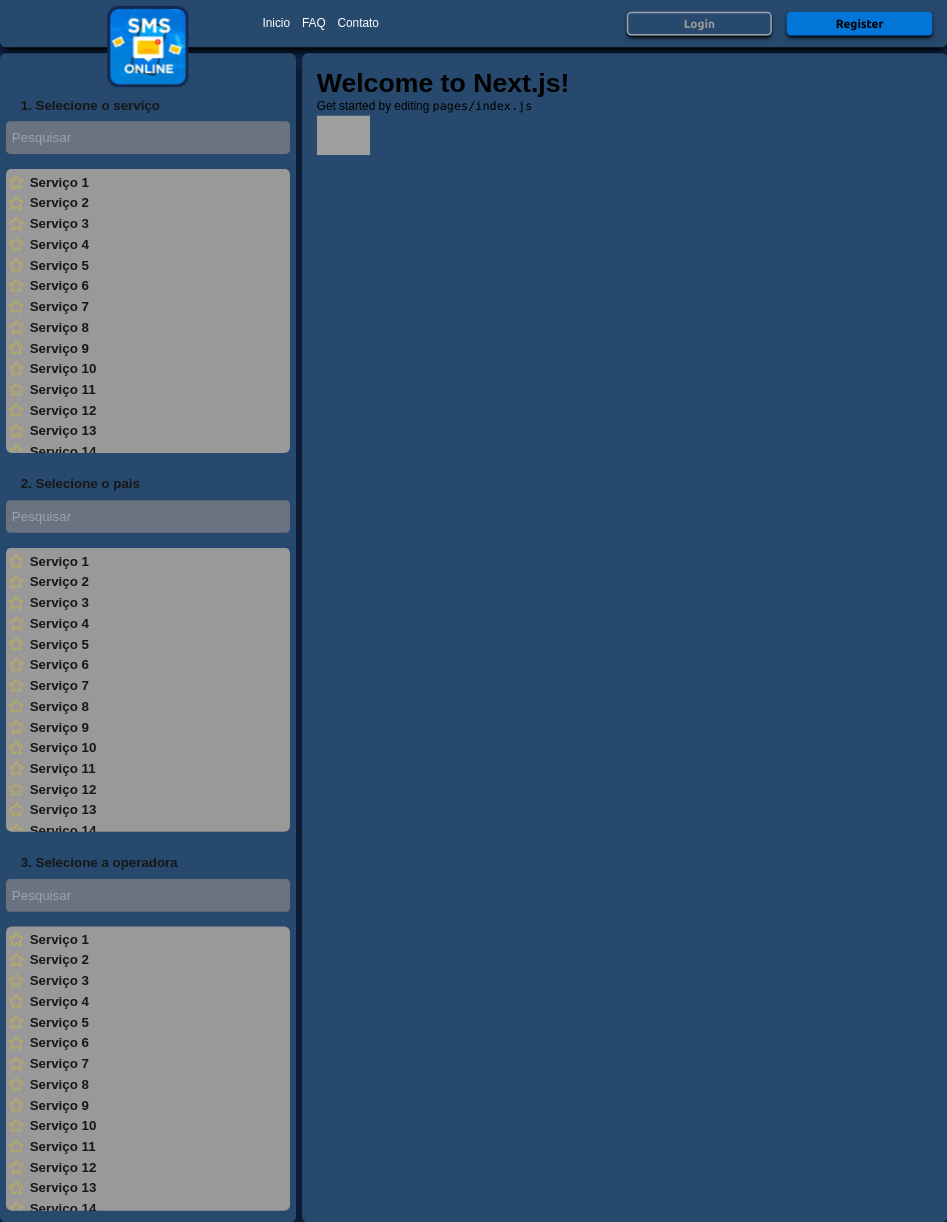
Repository: Felipe-Henrique-Dev/-DIOGO-SMS
Page: /
An editor plug-in stored every save of this project. The page is shown before and after the next save, followed by the edit.
The browser window is 1280 px wide. The pictures show the whole page, at 74% of full size.
Pictures or frames that could not be fetched are drawn as grey boxes. The project was rebuilt for these pictures with package versions that can differ from the ones it lists, and the page was loaded fresh each time. The framework's server and built-in components were replaced by stand-ins that run in the browser. Also part of the build but not shown: next.config.ts.

Above is the page before, as saved 2024-12-16 22:42:21.

After the next save:
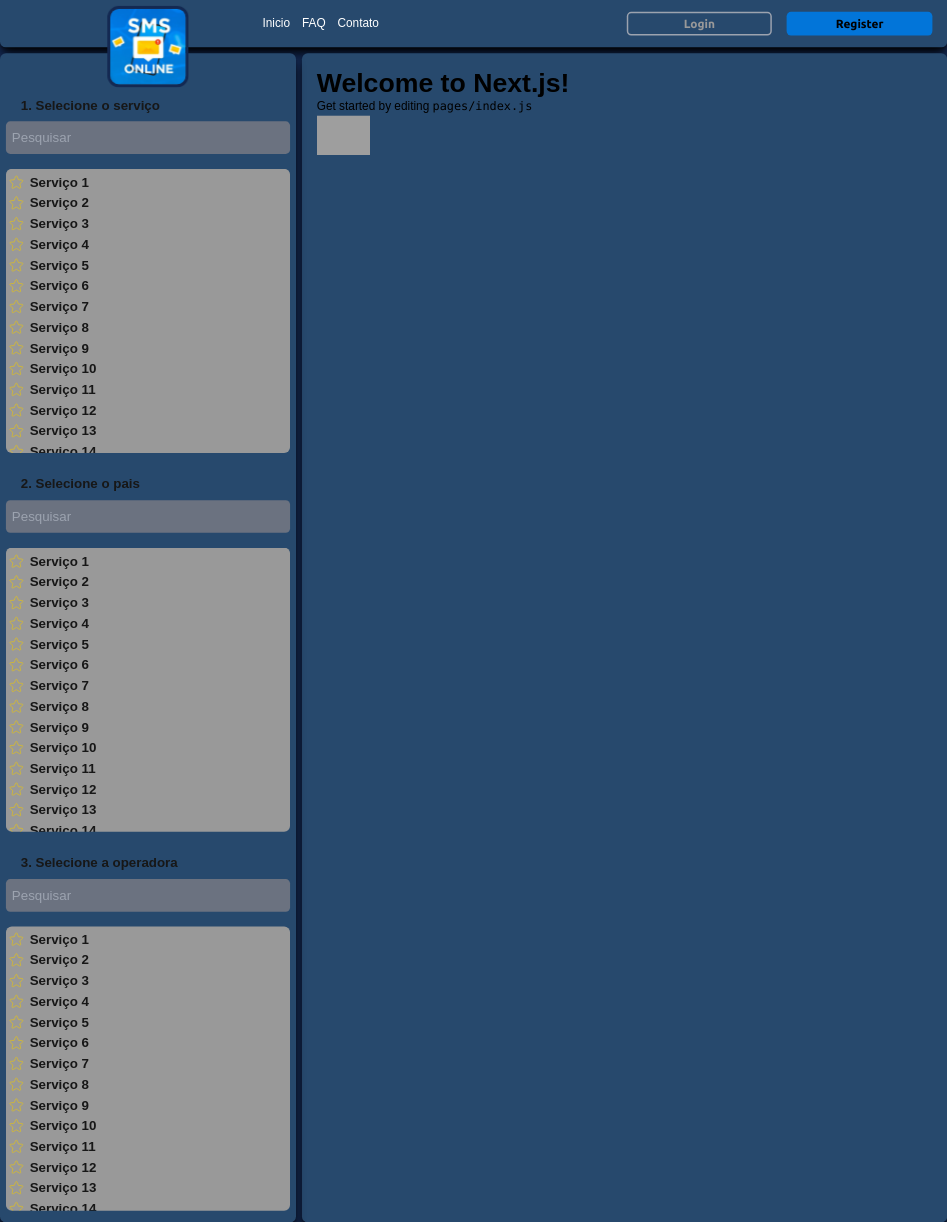
Saved 6 s later.
--- a/src/components/main/Button.tsx
+++ b/src/components/main/Button.tsx
@@ -38,7 +38,7 @@ export const Button = ({
             type={type}
             onClick={onClick}
             className={cn(
-                "p-2 rounded-md relative shadow-md shadow-black flex items-center justify-center font-bold font-ubuntu hover:scale-105 transition-transform duration-300",
+                "p-2 rounded-md relative flex items-center justify-center font-bold font-ubuntu hover:scale-105 transition-transform duration-300",
                 bgColors[bgColor],
                 sizes[size],
                 className
